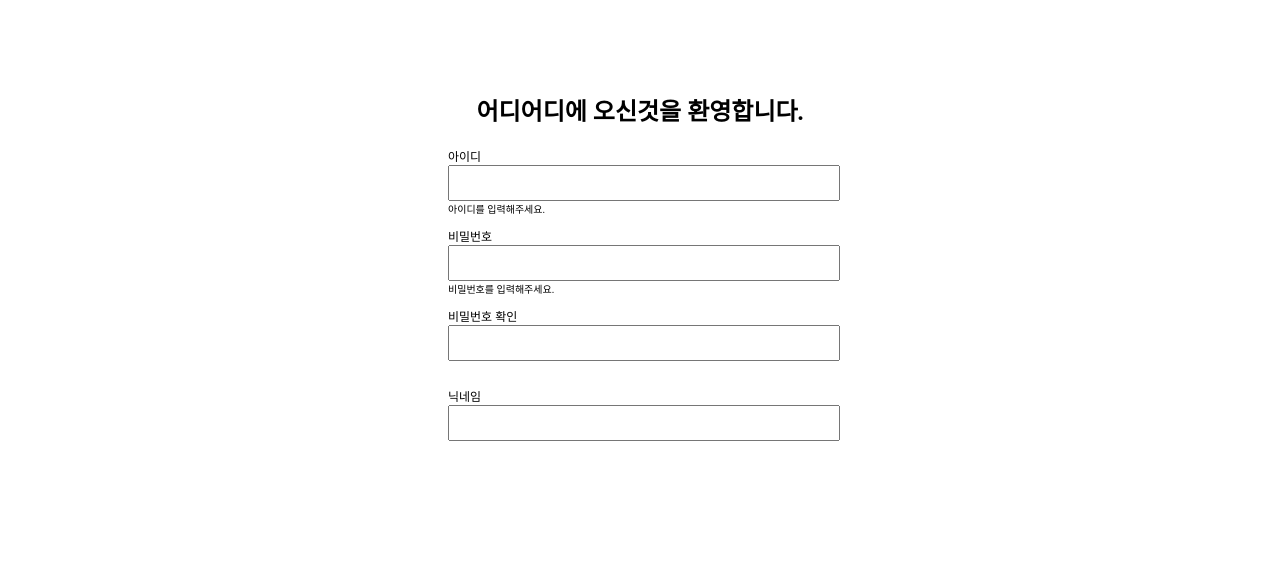
Repository: zzangyu/koreanFoodsProject
Page: http://localhost/koreanFoodsProject/koreanFoods/signUp.jsp
An editor plug-in stored every save of this project. The page is shown before and after the next save, followed by the edit.
The browser window is 1280 px wide. The pictures show the whole page.
The page is served by Tomcat 9.

Above is the page before, as saved 2022-12-29 07:13:19.

After the next save:
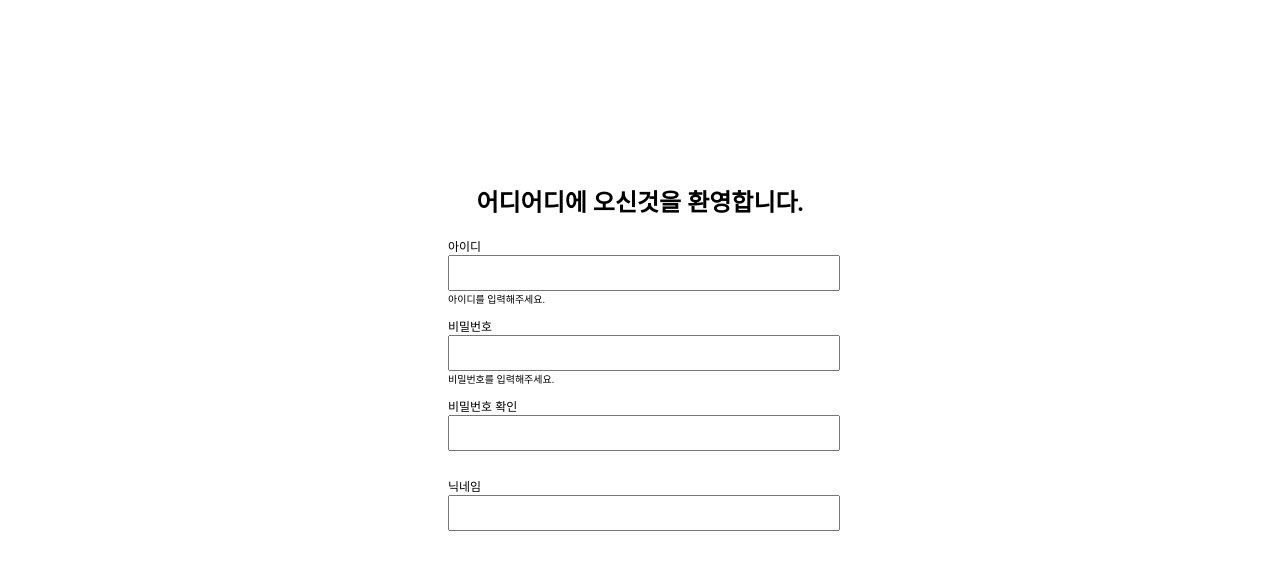
Saved 64 s later.
--- a/koreanFoodsProject/src/main/webapp/koreanFoods/css/kFoods.css
+++ b/koreanFoodsProject/src/main/webapp/koreanFoods/css/kFoods.css
@@ -23,7 +23,6 @@ a {
 }
 #signUp_Wrap {
 	width: 30%;
-	height: 80%;
 	padding: 30px;
 }
 .signUp_textSize {
